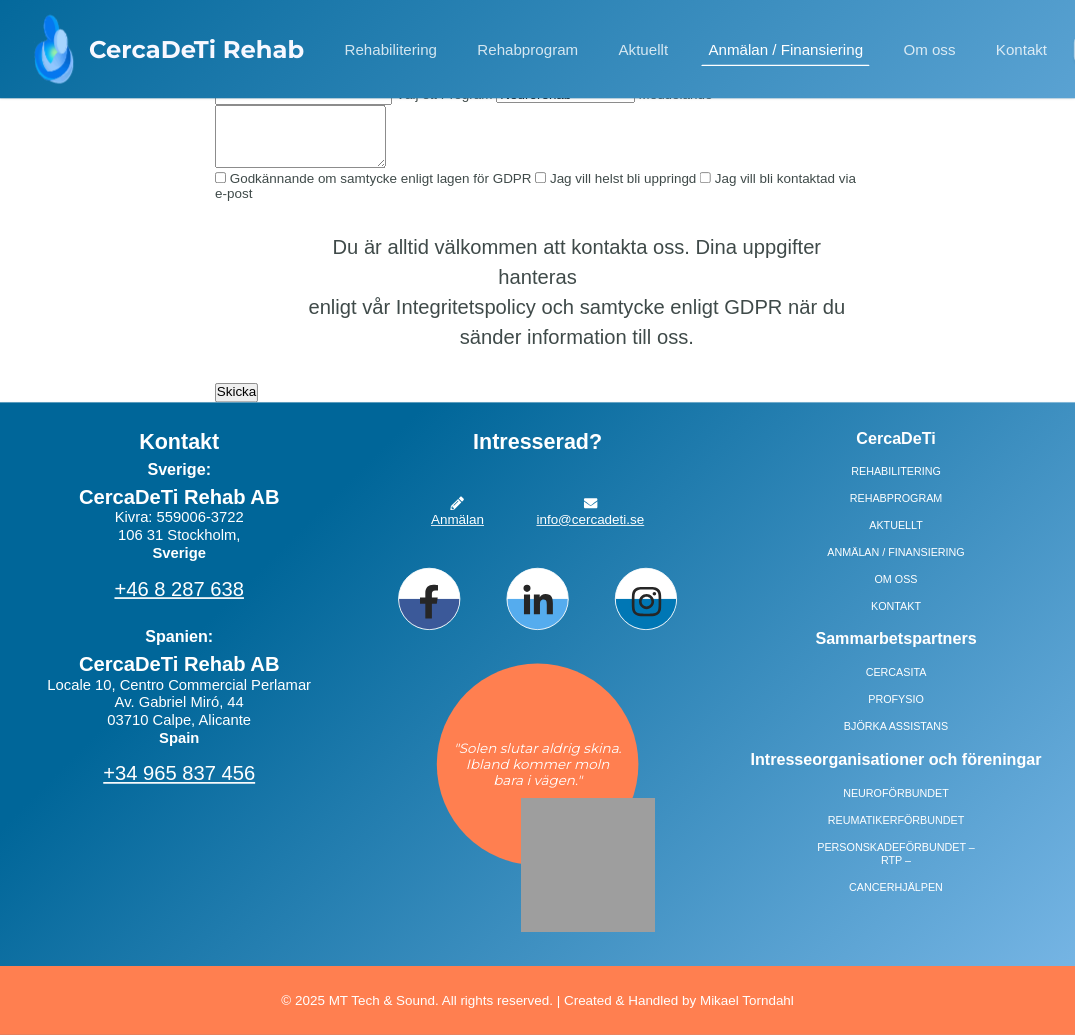
Repository: micketorndahl/CercaDeTi-rehab
Page: anmalan-form.html
These files come from the project's save history. The page is drawn as it stood at one moment and after the next save; the edit follows.
The browser window is 1280 px wide. The pictures show the whole page, at 84% of full size.
Pictures or frames that could not be fetched are drawn as grey boxes. The page's requests for data from a server got no answer. Some web fonts or font styles are not loaded; a fallback is used. Some web libraries are served in a nearby version.

Above is the page before, as saved 2025-02-01 18:24:34.
Console error: TypeError: Cannot read properties of null (reading 'addEventListener')

After the next save:
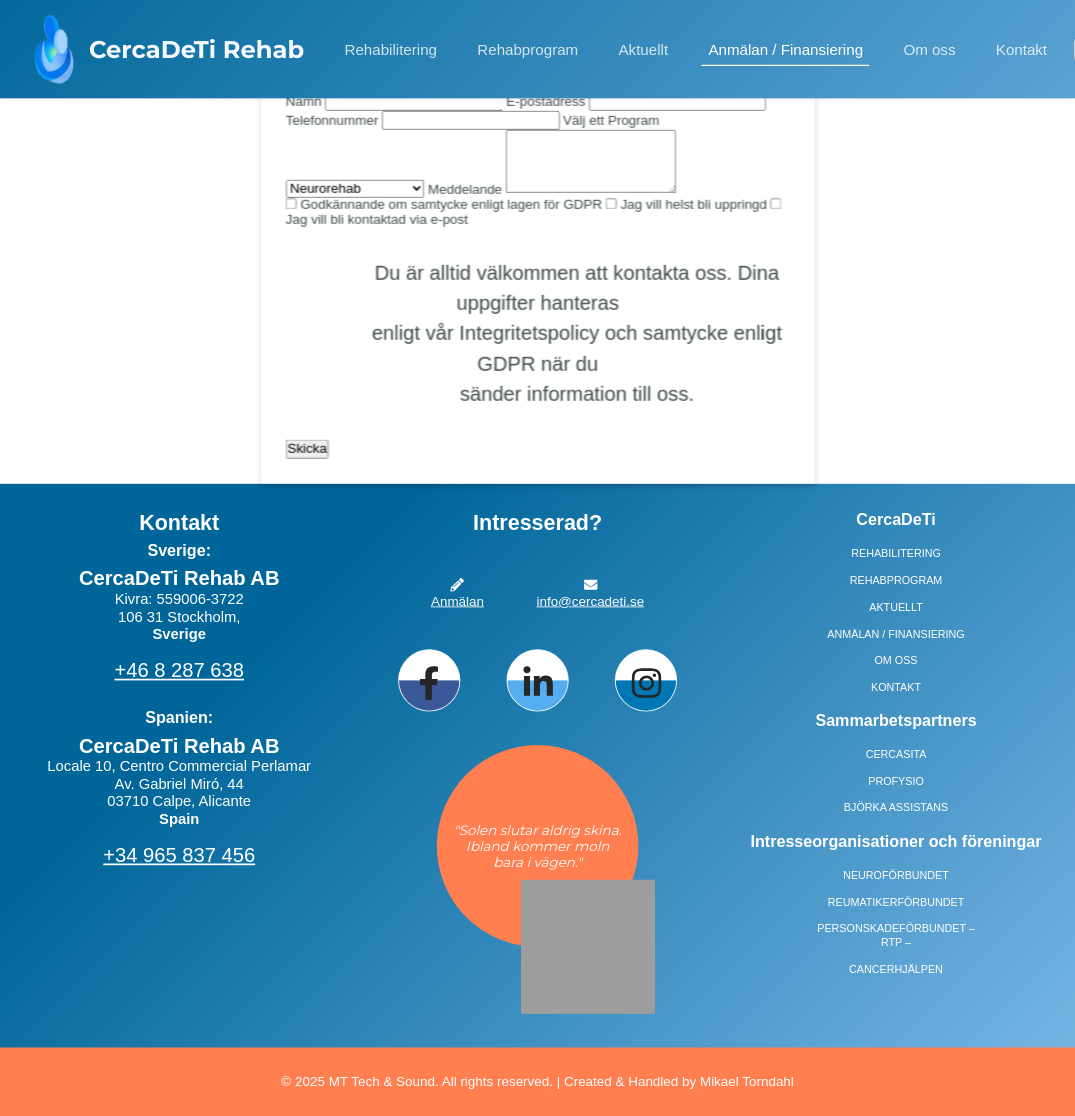
Saved 41 s later.
--- a/css/layout.css
+++ b/css/layout.css
@@ -284,3 +284,18 @@
 aside h3 {
   color: var(--text-dark);
 }
+
+.form-container {
+  background: rgba(255, 255, 255, 0.1);
+  backdrop-filter: blur(10px);
+  padding: 30px;
+  border-radius: var(--border-radius);
+  width: 100%;
+  max-width: 600px;
+  box-shadow: 0 4px 6px rgba(0, 0, 0, 0.2);
+  transition: transform 0.3s ease-in-out;
+}
+
+.form-container:hover {
+  transform: translateY(-10px);
+}
